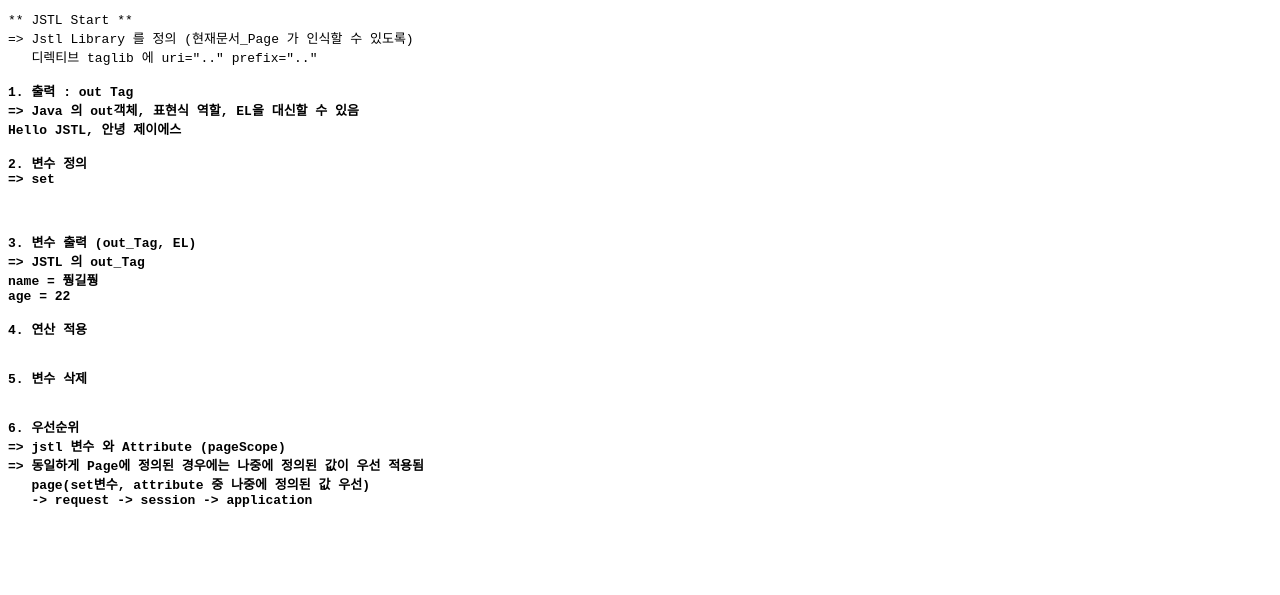
Repository: nameground/Java
Page: http://localhost/Web01/jsp05_JSTL/ex01_JSTLStart.jsp
These files come from the project's save history. The page is drawn as it stood at one moment and after the next save; the edit follows.
The browser window is 1280 px wide. The pictures show the whole page.
The page is served by Tomcat 9. Nobody is signed in. The application's start-up code is not run. Other server files are loaded and not shown.

Above is the page before, as saved 2023-10-13 06:04:47.

### mTest/Mywork/Web01/src/main/webapp/jsp05_JSTL/ex01_JSTLStart.jsp
<%@ page language="java" contentType="text/html; charset=UTF-8"
    pageEncoding="UTF-8"%>
<%@ taglib uri="http://java.sun.com/jsp/jstl/core" prefix="c" %>
<!DOCTYPE html>
<html>
<head>
<meta charset="UTF-8">
<title>JSTL Start</title>
</head>
<body>
<pre>
** JSTL Start **
=> Jstl Library 를 정의 (현재문서_Page 가 인식할 수 있도록)
   디렉티브 taglib 에 uri=".." prefix=".."
<b>
1. 출력 : out Tag
=> Java 의 out객체, 표현식 역할, EL을 대신할 수 있음
<c:out value="Hello JSTL, 안녕 제이에스"/>

2. 변수 정의
=> set
<c:set value ="풩길풩" var = "name" />
<c:set value ="22" var = "age"/>

3. 변수 출력 (out_Tag, EL)
=> JSTL 의 out_Tag
name = <c:out value="${name}"/>
age = <c:out value ="${age}" />

4. 연산 적용


5. 변수 삭제


6. 우선순위
=> jstl 변수 와 Attribute (pageScope)
=> 동일하게 Page에 정의된 경우에는 나중에 정의된 값이 우선 적용됨
   page(set변수, attribute 중 나중에 정의된 값 우선)
   -> request -> session -> application

</b></pre>
</body>
</html>

After the next save:
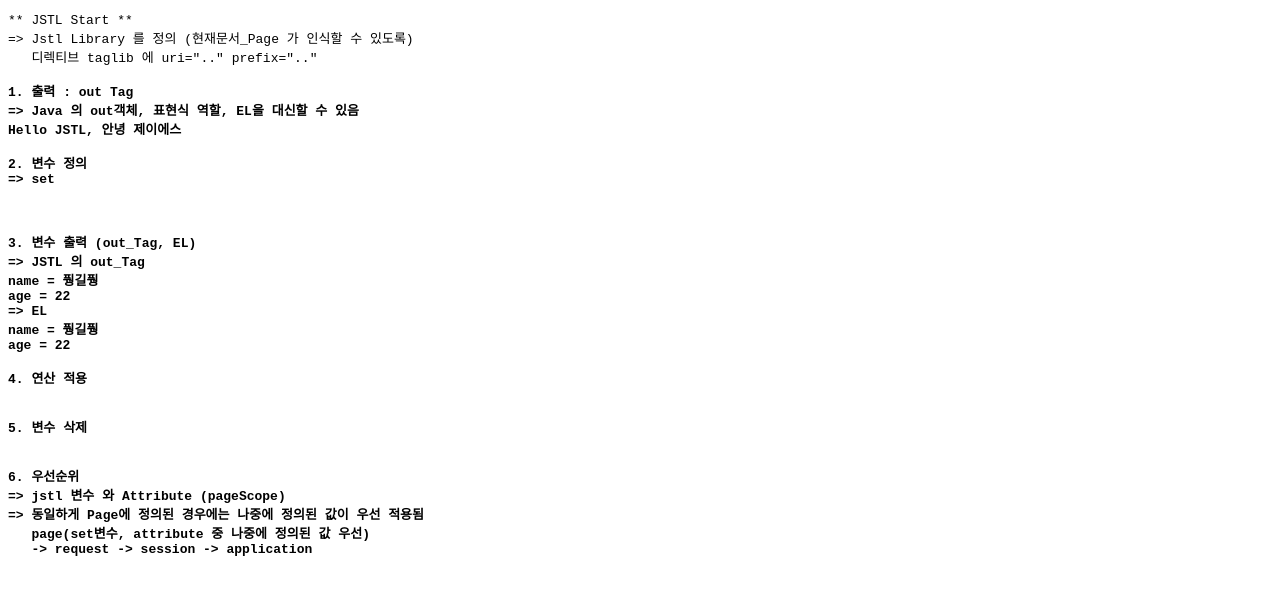
Saved 60 s later.
--- a/mTest/Mywork/Web01/src/main/webapp/jsp05_JSTL/ex01_JSTLStart.jsp
+++ b/mTest/Mywork/Web01/src/main/webapp/jsp05_JSTL/ex01_JSTLStart.jsp
@@ -26,6 +26,9 @@
 => JSTL 의 out_Tag
 name = <c:out value="${name}"/>
 age = <c:out value ="${age}" />
+=> EL
+name = ${name}
+age = ${age}
 
 4. 연산 적용
 
